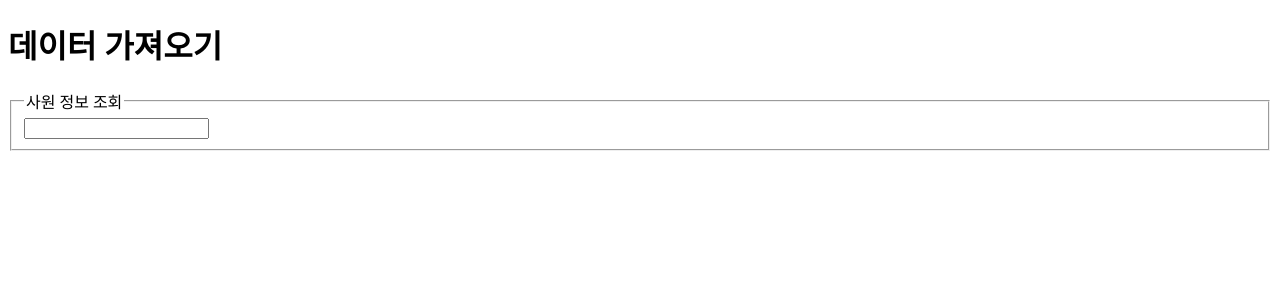
Repository: lafayetteey/WorkSpace
Page: workspace_jq_Ajax/UI_JQ_Ajax/WebContent/jq21_ajax.html
The author's editor kept a copy of each file at every save. The page is drawn from the files as they stood at one save, then again after the next save.
The browser window is 1280 px wide. The pictures show the whole page.

Above is the page before, as saved 2020-06-22 08:09:07.

After the next save:
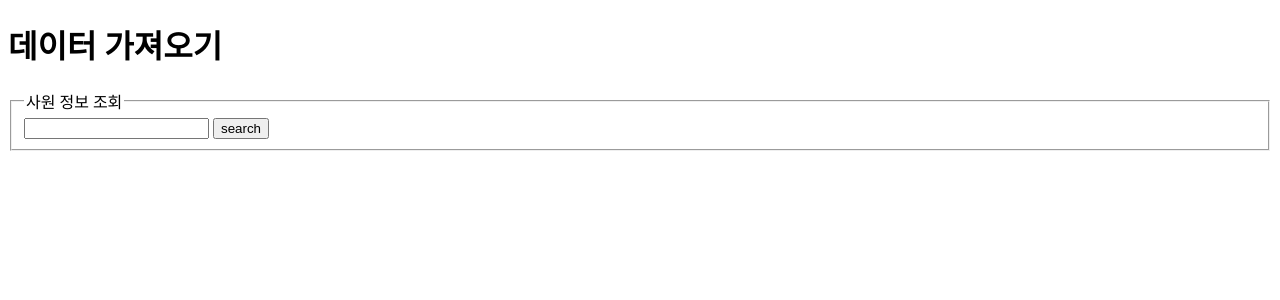
Saved 48 s later.
--- a/workspace_jq_Ajax/UI_JQ_Ajax/WebContent/jq21_ajax.html
+++ b/workspace_jq_Ajax/UI_JQ_Ajax/WebContent/jq21_ajax.html
@@ -10,7 +10,7 @@
 	<fieldset>
 		<legend>	사원 정보 조회 </legend>
 		<input type="text" name="empid">
-		<inout type="button"  id="emp_search" value="search">
+		<input type="button"  id="emp_search" value="search">
 	</fieldset>
 </body>
 </html>
